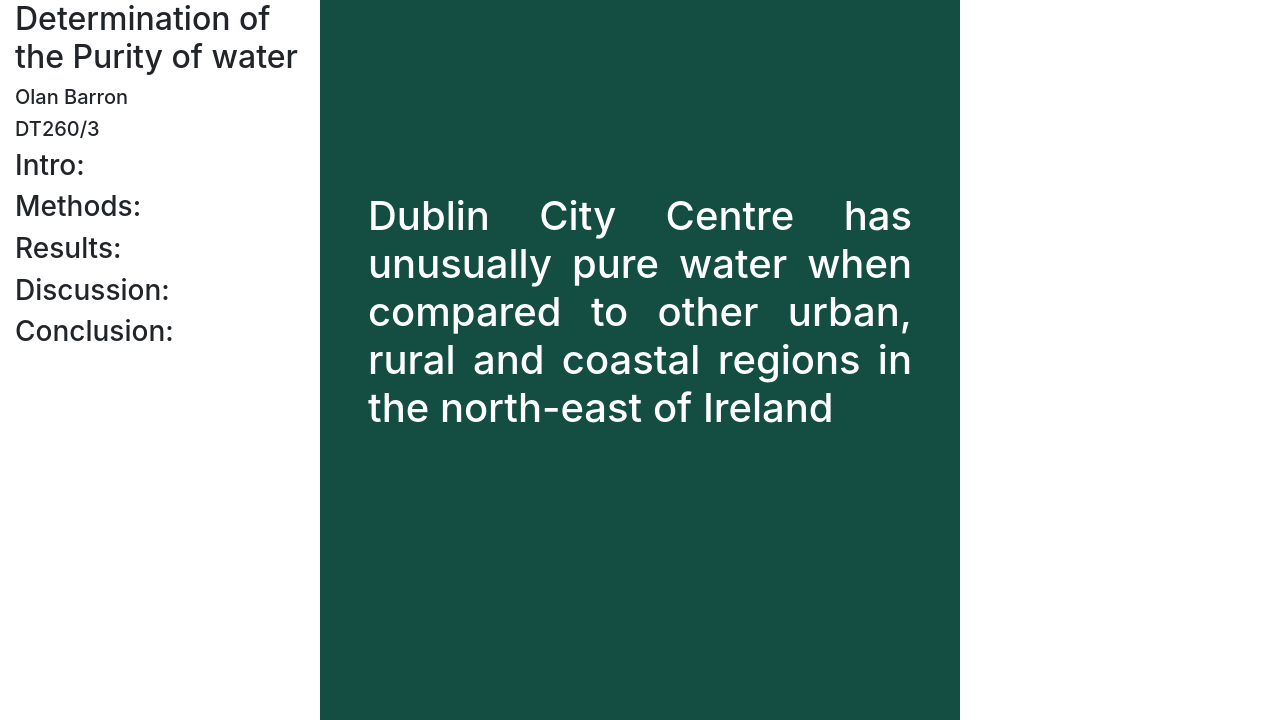
Repository: Olan1/project_poster
Page: index.html
The author's editor kept a record of every edit. The page is drawn from the files as they stood at one moment, then again after the next edit.
The browser window is 1280 px wide. The pictures show the whole page.

Above is the page before.

After the next edit:
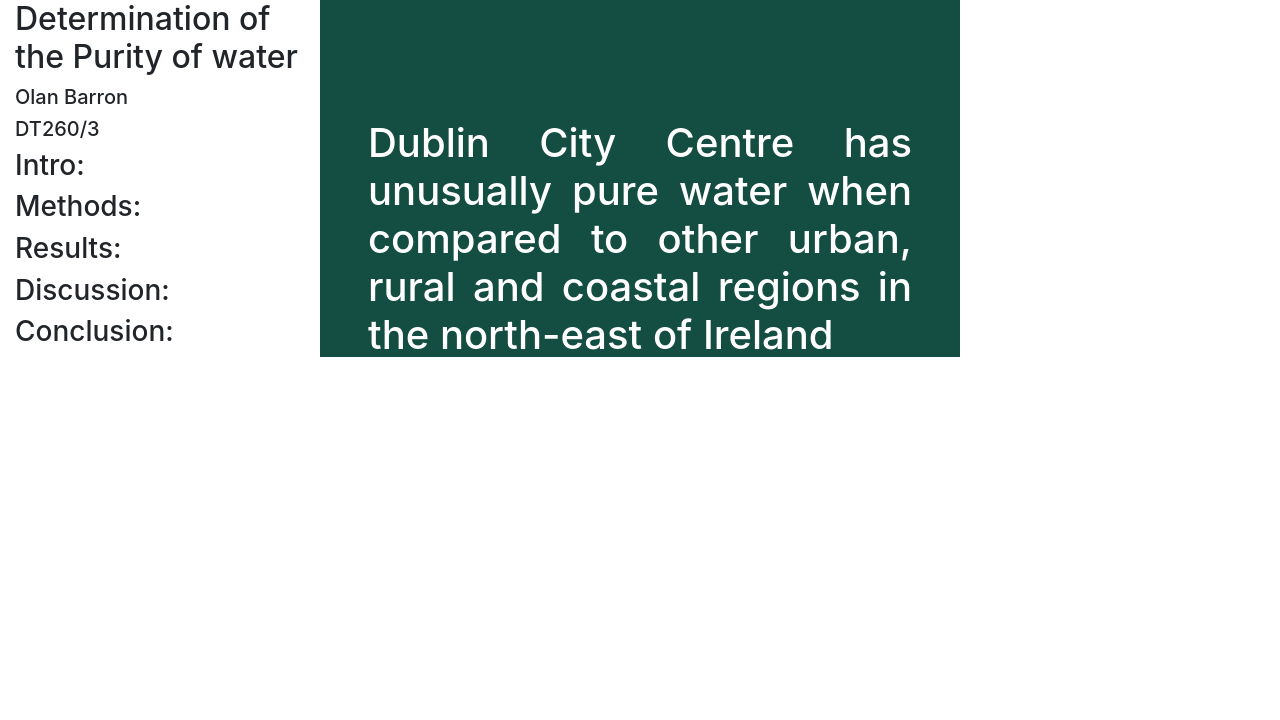
The edit:
--- a/assets/css/style.css
+++ b/assets/css/style.css
@@ -1,6 +1,4 @@
-body,
-.container-fluid,
-.row {
+body {
     height: 100vh;
 }
 
